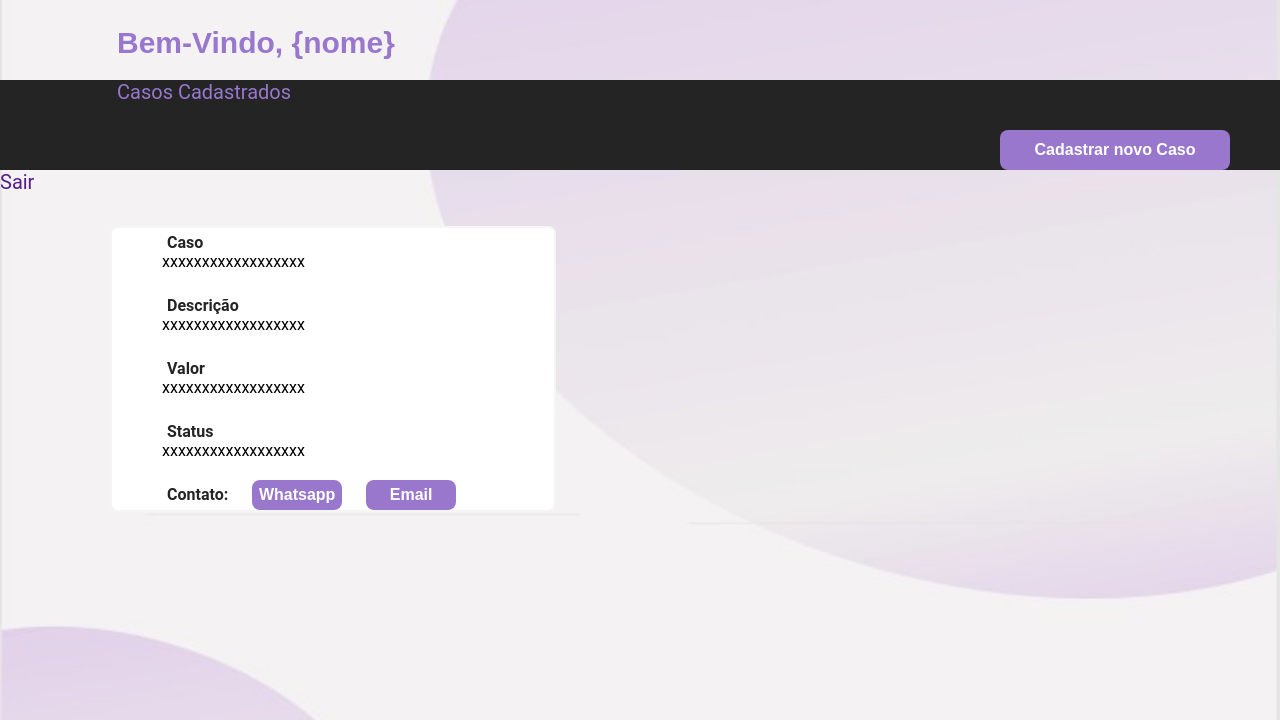
Repository: Dirlandia404/Casos
Page: src/pages/listaCasos.html
The author's editor kept a copy of each file at every save. The page is drawn from the files as they stood at one save, then again after the next save.
The browser window is 1280 px wide. The pictures show the whole page.

Above is the page before, as saved 2021-07-16 22:24:42.

After the next save:
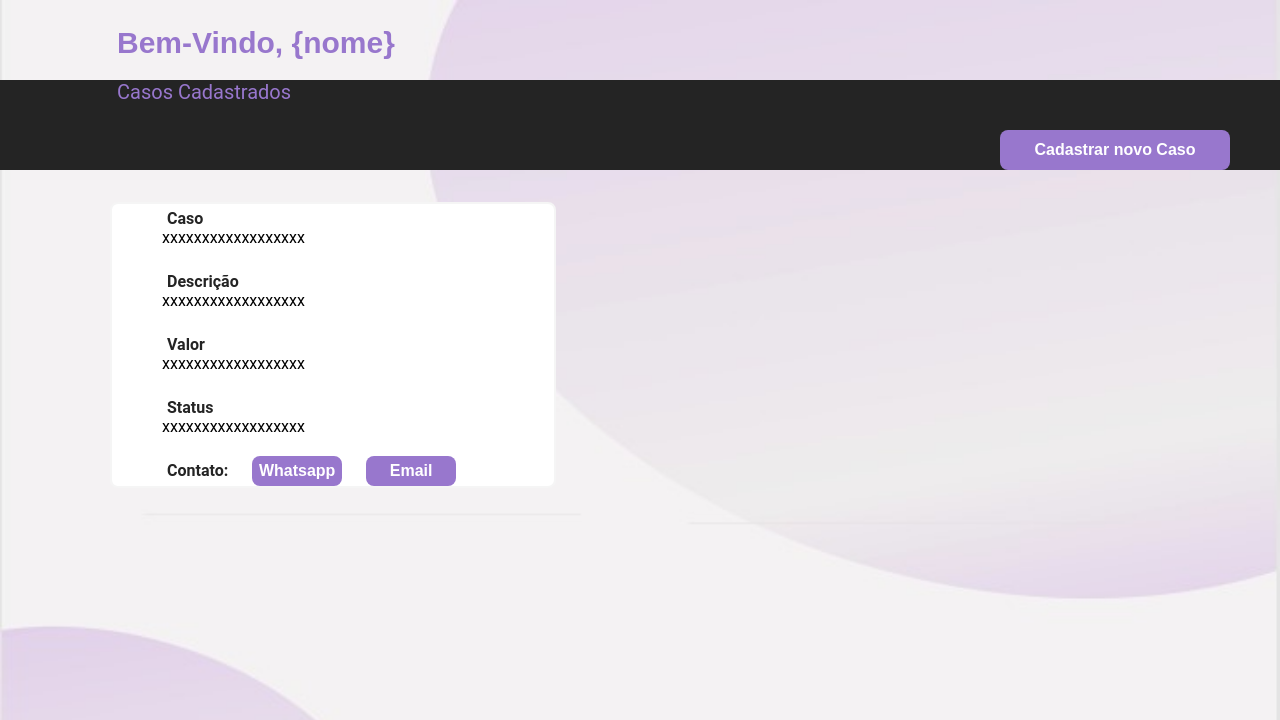
Saved 17 s later.
--- a/src/pages/listaCasos.html
+++ b/src/pages/listaCasos.html
@@ -19,7 +19,7 @@
         </a>
 
     </header>
-    <a href="">Sair</a>
+
 
        <div id="box-casos">
            <ul>
